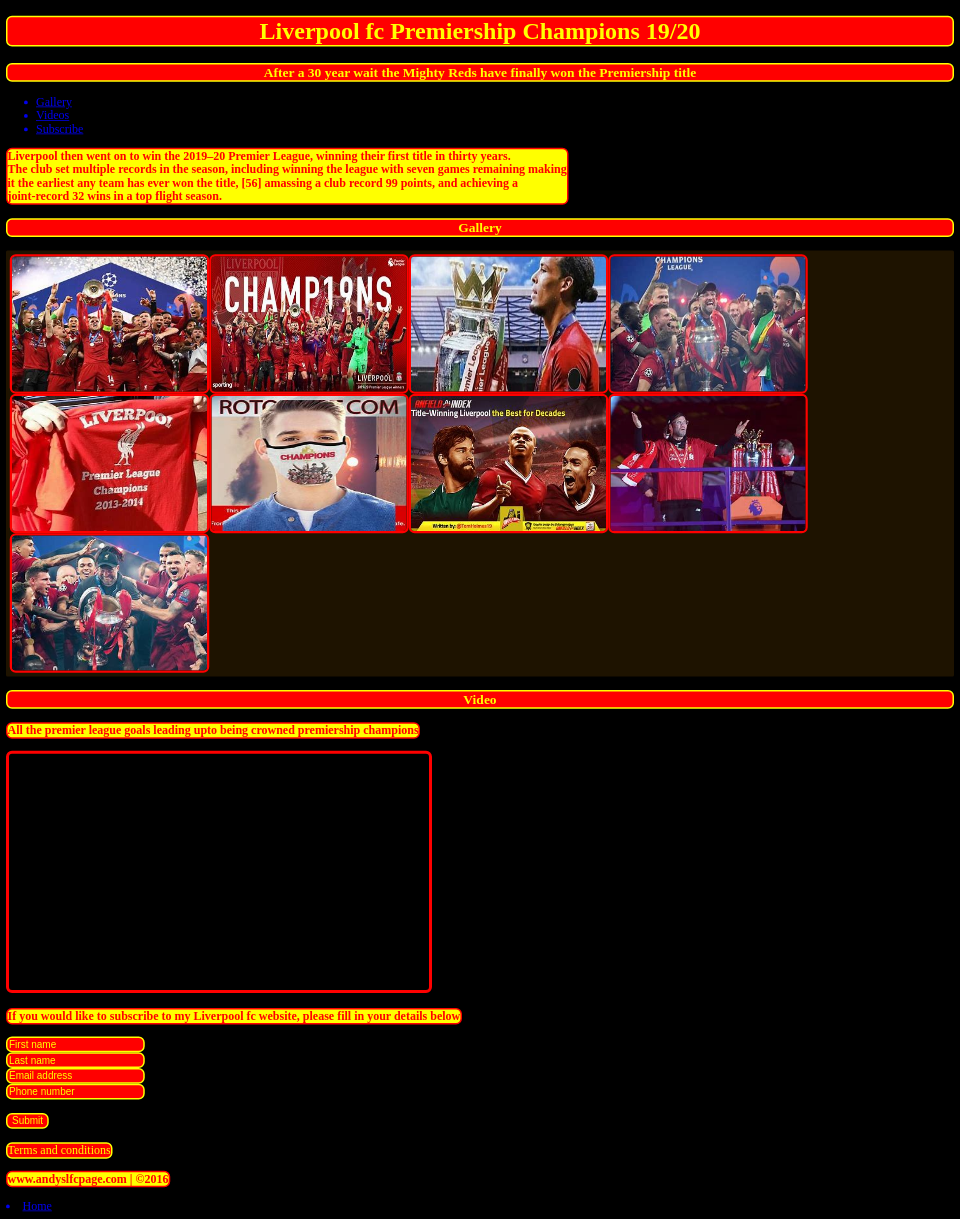
Repository: andyd71/HTML_and_CSS
Page: one_page_website/One_Page_Website.html
These files come from the project's save history. The page is drawn as it stood at one moment and after the next save; the edit follows.
The browser window is 1280 px wide. The pictures show the whole page, at 75% of full size.
Pictures or frames that could not be fetched are drawn as grey boxes.

Above is the page before, as saved 2020-10-09 13:53:52.

### one_page_website/One_Page_Website.html
<!DOCTYPE html>
<html lang="en">
<head>
<meta charset="utf-8">
<title>My LFC webpage</title>
<link rel = "stylesheet" type = "text/CSS" href = "./css/One_Page_Website.css">
</head>
<body>
<div id="home">
<header>
<h1>Liverpool fc Premiership Champions 19/20 </h1>
<h3>After a 30 year wait the Mighty Reds have finally won the Premiership title</h3>
</header>
<!--NAV-->

</div>
<div>
<ul>
<a href="#gallery"><li>Gallery</li>
<a href="#videos"><li>Videos</li>
<a href="#subscription"><li>Subscribe</li></a>
</ul>
</div>
<!--END NAV-->
<!--HOME-->
<div id="home">
<p>Liverpool then went on to win the 2019–20 Premier League, winning their first title in thirty years.<br>
 The club set multiple records in the season, including winning the league with seven games remaining making<br>
 it the earliest any team has ever won the title, [56] amassing a club record 99 points, and achieving a <br>
 joint-record 32 wins in a top flight season.</p>
 </div>
 <!--END HOME-->
 <!--GALLERY-->
 <h3>Gallery</h3>
 <div id="gallery">
    <div id="flex-container">

 <img src="./images/lfc1.jpeg" alt="lfc celebrations"></img><br>
 <img src="./images/lfc2.jpeg" alt="lfc celebrations2"></img><br>
 <img src="./images/lfc3.jpeg" alt="van dyk and trophy"></img><br>
 <img src="./images/lfc4.jpeg" alt="jurgen klopp"></img><br>
 <img src="./images/lfc5.jpeg" alt="lfc t shirt"></img><br>
 <img src="./images/lfc6.jpeg" alt="lfc face mask"></img><br>
 <img src="./images/lfc7.jpeg" alt="lfc trio"></img><br>
 <img src="./images/lfc8.jpeg" alt="jurgen klopp 2"></img><br>
 <img src="./images/lfc9.jpeg" alt="jurgen klopp 3"></img><br>
</div>
</div>
 <!--END GALLERY-->
 <!--VIDEO-->
 <div id="videos">
 <h3>Video</h3>
 <p>All the premier league goals leading upto being crowned premiership champions</p>
 <iframe width="560" height="315" src="https://www.bing.com/videos/search?q=lfc+premier+league+champions&&view=detail&mid=1A960A4E3B330AA705841A960A4E3B330AA70584&&FORM=VRDGAR&ru=%2Fvideos%2Fsearch%3Fq%3Dlfc%2Bpremier%2Bleague%2Bchampions%26qs%3DAS%26form%3DQBVLPG%26sp%3D1%26pq%3Dlfc%2Bpremier%26sc%3D8-11%26cvid%3DD1CF79B54EFC4960A0E7F0BA9E0FD3FC" frameborder="0" allow="accelerometer; encrypted-media; gyroscope; picture-in-picture" allowfullscreen></iframe>
 </div>
<!--END VIDEO-->
<!--SUBSCRIPTION-->
<div id="subscription">
<p>If you would like to subscribe to my Liverpool fc website, please fill in your details below</p>

<form action="" method="post">
<input class="subscription" type="text" value="First name"><br>
<input class="subscription" type="text" value="Last name"><br>
<input class="subscription" type="text" value="Email address"><br>
<input class="subscription" type="text" value="Phone number"><br><br>
<input type="submit" value="Submit"><br><br>
<div id= "terms">
<label class="terms">Terms and conditions</label><br>
</div>
</form>
</div>
<!--END SUBSCRIPTION-->

<!--FOOTER-->
<footer>
<div>
<p>www.andyslfcpage.com&nbsp;|&nbsp;&copy;2016</p>


</div>
<a href="#home" id="link"><li>Home</li>
</footer>
<!--END FOOTER-->

### one_page_website/css/One_page_website.css

body {
	background-color: black;
}



h1 {

	color : yellow;
	text-align : center;
	font-weight : bold;
	background : red;
	border: 2px solid yellow;
	border-radius: 8px;
}
h3 {
	color : yellow;
	text-align : center;
	background : red;
	border: 2px solid yellow;
	border-radius: 8px;
	font-size: large;
}
}
h2 {
	color : yellow;
	background : red;
	border-radius: 8px;
}




p  {
	color : red;
	background: yellow;
	border: 2px solid red;
	border-radius: 8px;
	font-size: 16px;
	font-weight: 900;
	width: fit-content;
}

 input {
	border: 2px solid yellow;
	background-color: red;
	color: yellow;
	border-radius: 8px;
}

#terms {
	border: 2px solid yellow;
	background-color: red;
	color: yellow;
	border-radius: 8px;
	width: fit-content;
}

iframe {
	border: 4px solid red;
	border-radius: 8px;
}





#flex-container {
	display: -webkit-flex;
    display: flex;
    flex-wrap: wrap;
    padding: 5px;
    border-radius: 2px;
	margin: 0px auto;
	background-color: rgba(100, 65, 0, .3);
    box-shadow: 2px 2px 10px 0 rgba(0, 0, 0, 0.5);
}

#flex-container img {
	border: 3px solid red;
	width: 260px;
	height: 180px;
	border-radius: 8px;
}

After the next save:
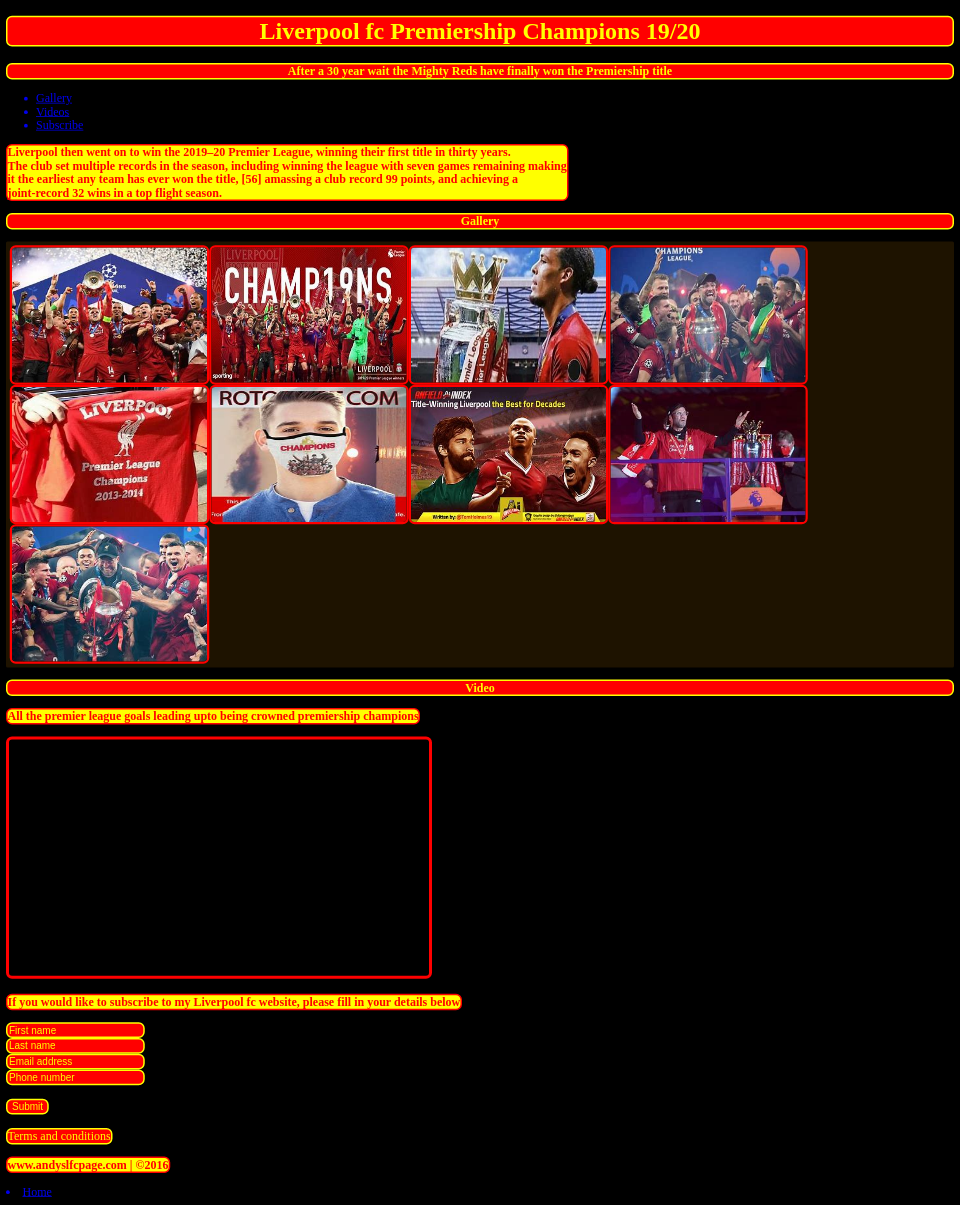
Saved 31 s later.
--- a/one_page_website/css/One_page_website.css
+++ b/one_page_website/css/One_page_website.css
@@ -20,7 +20,7 @@
 	background : red;
 	border: 2px solid yellow;
 	border-radius: 8px;
-	font-size: large;
+	font-size: 16px;
 }
 }
 h2 {
